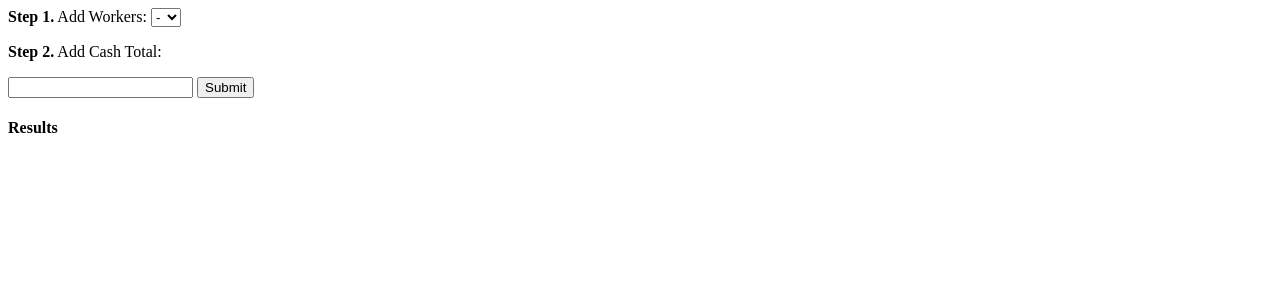
Repository: PBillingsby/on-the-fly
Page: on-the-fly-frontend/index.html
These files come from the project's save history. The page is drawn as it stood at one moment and after the next save; the edit follows.
The browser window is 1280 px wide. The pictures show the whole page.

Above is the page before, as saved 2020-07-13 16:19:21.
Console error: SyntaxError: Unexpected token '{'

### on-the-fly-frontend/index.html
<!DOCTYPE html>
<html lang="en">
<head>
  <meta charset="UTF-8">
  <meta name="viewport" content="width=device-width, initial-scale=1.0">
  <meta http-equiv="X-UA-Compatible" content="ie=edge">
  <script src="scripts/tipScript.js"></script>
  <title>Document</title>
</head>
<body>
  <div class="container">
    <div id="worker-form" class="mx-auto">
      <label><strong>Step 1.</strong> Add Workers:</label>
      <select name="worker" id="addworker" onchange="addWorker(value)">
        <option value="-" disable>-</option>
        <option value="1">1</option>
        <option value="2">2</option>
        <option value="3">3</option>
        <option value="4">4</option>
        <option value="5">5</option>

      </select>

      <form id="form-block">
      </form>
      <p><strong>Step 2.</strong> Add Cash Total:</p><input type="number" placeholder="" id="cashTips"></span>
      <input type="submit" placeholder="Add Cash" onclick="calculateTips()">

    </div>
    <div id="results" class="mx-auto">
      <h4 class="text-center">Results</h4>
    </div>
  </div>
</body>
</html>

### on-the-fly-frontend/scripts/tipScript.js
function addWorker(value) {
  const form = document.getElementById('form-block');
  form.addEventListener("submit", () => {
    event.preventDefault();
  })
  for (i = 0; i < value; i++) {
    const newForm = `
  <div id="worker[${i + 1}]" class="worker-div">
    <h4>Worker ${i + 1}</h4>
    <div class="form-group">
      <input type="text" name="worker" class="" placeholder="Worker Name">
    </div>
    <div class="form-group">
      <input type="number" name="hours" placeholder="Hours Worked">
    </div>
  </div>`;
    document.getElementById('form-block').innerHTML += newForm;
  }
  if (document.getElementById('form-block').childNodeCount > 0 {
      event.preventDefault();
      })
}

function calculateTips() {
  let workers = [];
  let cashTip = parseInt(document.getElementById('cashTips').value)
  for (let i = 0; i < document.getElementsByClassName('worker-div').length; i++) {
    let workerInfo = {
      name: document.getElementById(`worker[${i + 1}]`).querySelector('input').value,
      hours: parseInt(document.getElementById(`worker[${i + 1}]`).querySelectorAll('input')[1].value) // Multiply by hourly
    }
    workers.push(workerInfo)
  }
  returnTips(workers, cashTip);
}

function returnTips(arr, cashTips) {
  let count = 0;
  arr.forEach(obj => count += obj.hours)
  const hourly = cashTips / count;
  arr.forEach(worker => {
    document.getElementById('results').innerHTML = `<h4>${worker.name} you made $${parseFloat(worker.hours * hourly).toFixed(2)}</h4>`;
  })
  document.getElementById('results').innerHTML += ` <button type="submit" onclick="refreshPage()">Reload</button>`
}

After the next save:
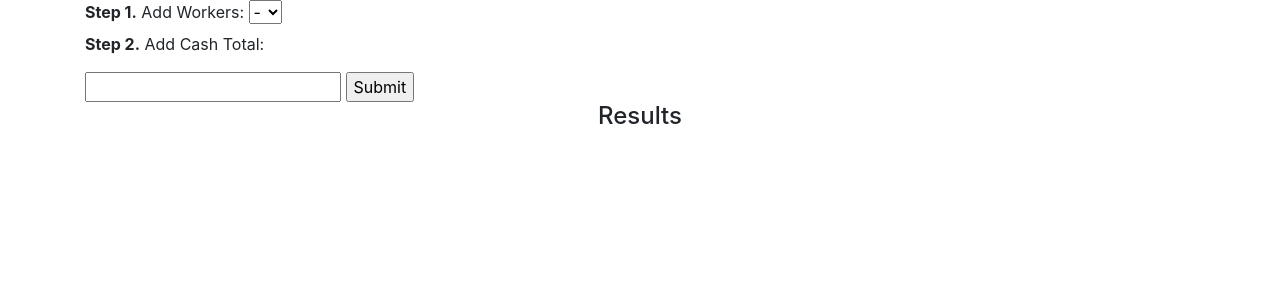
Saved 23 s later.
--- a/on-the-fly-frontend/index.html
+++ b/on-the-fly-frontend/index.html
@@ -4,6 +4,8 @@
   <meta charset="UTF-8">
   <meta name="viewport" content="width=device-width, initial-scale=1.0">
   <meta http-equiv="X-UA-Compatible" content="ie=edge">
+  <link rel="stylesheet" href="https://stackpath.bootstrapcdn.com/bootstrap/4.3.1/css/bootstrap.min.css" integrity="sha384-ggOyR0iXCbMQv3Xipma34MD+dH/1fQ784/j6cY/iJTQUOhcWr7x9JvoRxT2MZw1T" crossorigin="anonymous">
+
   <script src="scripts/tipScript.js"></script>
   <title>Document</title>
 </head>
